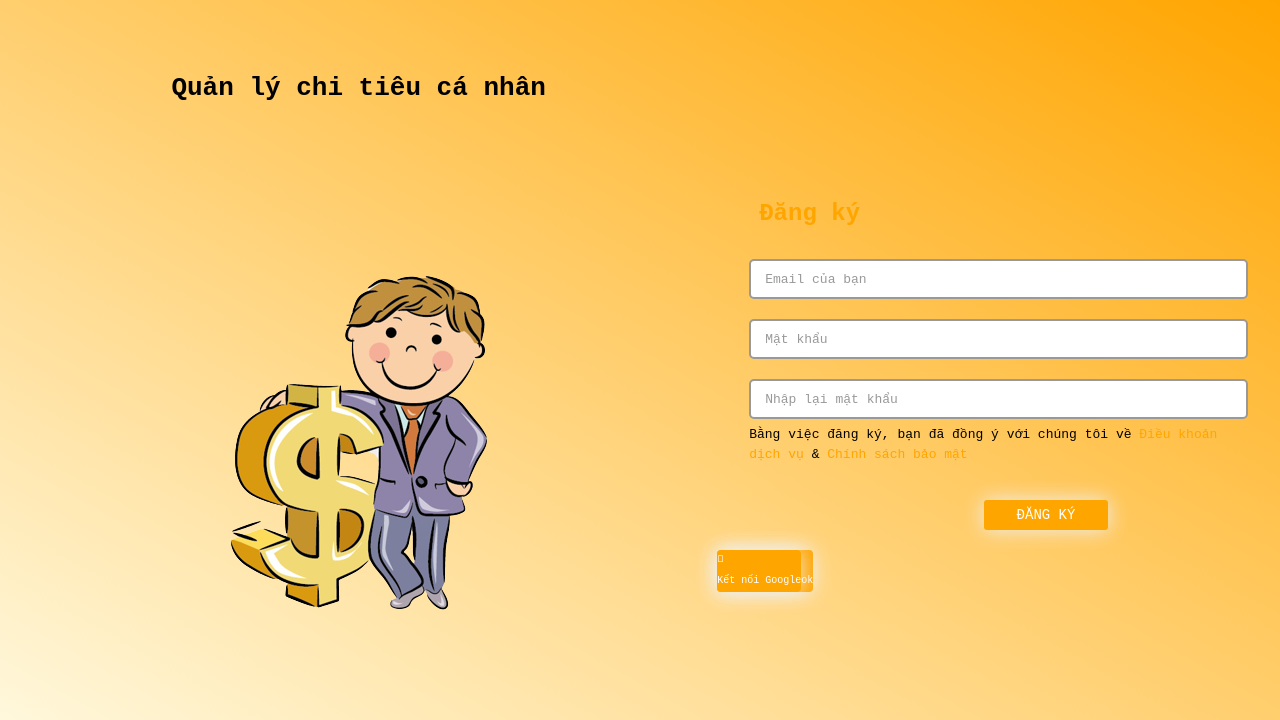
Repository: ximvhs/sochitieu
Page: login.html
An editor plug-in stored every save of this project. The page is shown before and after the next save, followed by the edit.
The browser window is 1280 px wide. The pictures show the whole page.
Some web fonts or font styles are not loaded; a fallback is used.

Above is the page before, as saved 2023-04-05 10:11:06.

### login.html
<!DOCTYPE html>
<html lang="en">
<head>
    <meta charset="UTF-8">
    <meta http-equiv="X-UA-Compatible" content="IE=edge">
    <meta name="viewport" content="width=device-width, initial-scale=1.0">
    <title>Đăng nhập</title>
    <link rel="stylesheet" href="./assets/css/login.css">
    <link rel="stylesheet" href="./assets/css/grid.css">
    <link rel="stylesheet" href="./assets/css/resets.css">
    <link rel="stylesheet" href="./assets/css/responsive.css">
    <link rel="stylesheet" href="./assets/css/base.css">
    <link rel="stylesheet" href="./themify-icons-font/themify-icons/themify-icons.css">
    <link rel="stylesheet" href="https://fonts.googleapis.com/css2?family=Material+Symbols+Outlined:opsz,wght,FILL,GRAD@20..48,100..700,0..1,-50..200" />
    <link rel="preconnect" href="https://fonts.googleapis.com">
    <link rel="preconnect" href="https://fonts.gstatic.com" crossorigin>
    <link href="https://fonts.googleapis.com/css2?family=Dongle:wght@700&display=swap" rel="stylesheet">
    <link rel="stylesheet" href="https://stackpath.bootstrapcdn.com/font-awesome/4.7.0/css/font-awesome.min.css"
    integrity="sha384-wvfXpqpZZVQGK6TAh5PVlGOfQNHSoD2xbE+QkPxCAFlNEevoEH3Sl0sibVcOQVnN" crossorigin="anonymous">
    <link rel="preconnect" href="https://fonts.gstatic.com">
    <link href="https://fonts.googleapis.com/css2?family=Open+Sans:ital,wght@0,400;0,600;0,700;0,800;1,400&display=swap"
    rel="stylesheet">
</head>
<body>
    <form action="">
        <div class="modal js-show_register">
                <div class="modal__body">
                    <div class="auth-form--left">
                        <H1>Quản lý chi tiêu cá nhân</H1>
                        <img src="./img/logo-login.png" alt="">
                    </div>
                    <div class="auth-form--right js-auth-form">
                        <div class="auth-form__container">
                            <div class="auth-form__header">
                                <h3 class="auth-form__heading">Đăng ký</h3>
                            </div>

                            <div class="auth-form__form">
                                <div class="auth-form__group">
                                    <input type="text" class="auth-form__input" required placeholder=" ">
                                    <div class="form-label">Email của bạn</div>
                                </div>
                                <div class="auth-form__group">
                                    <input type="password" class="auth-form__input" required placeholder=" ">
                                    <div class="form-label">Mật khẩu</div>
                                </div>
                                <div class="auth-form__group">
                                    <input type="password" class="auth-form__input" required placeholder=" ">
                                    <div class="form-label">Nhập lại mật khẩu</div>
                                </div>
                            </div>

                            <div class="auth-form__aside">
                                <p class="auth-form__policy-text">
                                    Bằng việc đăng ký, bạn đã đồng ý với chúng tôi về
                                    <a href="#" class="auth-form__text-link">Điều khoản dịch vụ</a> &
                                    <a href="#" class="auth-form__text-link">Chính sách bảo mật</a>
                                </p>
                            </div>
                            <div class="auth-form__controls">
                                <button class="btn btn--normal btn--primary">ĐĂNG KÝ</button>
                            </div>
                        </div>

                        <div class="auth-form__socials">
                            <a href="#" class="auth-form__socials--facebook btn btn--size-s btn--with-icon">
                                <i class="auth-form__socials-icon fab fa-facebook-square"></i>
                                <span class="auth-form__socials-text">Kết nối Facebook</span>
                            </a>
                            <a href="#" class="auth-form__socials--google btn btn--size-s btn--with-icon">
                                <i class="auth-form__socials-icon fab fa-google"></i>
                                <span class="auth-form__socials-text">Kết nối Google</span>
                            </a>
                        </div>
                    </div>
                </div>
        </div>
    </form>
</body>
</html>

### assets/css/login.css
.modal {
    background-image: linear-gradient(to top right, var(--primary-color), var(--secondary-color));
    height: 100vh;
}

.modal__body {
    height: 100vh;
    display: flex;
    justify-content: space-between;
    align-items: center;

}

.auth-form--left {
    height: 100vh;
    display: flex;
    justify-content: center;
    align-items: center;
    flex-wrap: wrap;
}



/* modal */
.itemhd button {
    height: 35px;
    width: 90px;
    margin-left: 10px;
    cursor: pointer;
    background-color: var(--secondary-color);
    border: none;
    border-radius: var(--border-box);
    padding: 5px;
    color: white;
    font-size: 14px;
    font-weight: 700;
}

.itemhd button:hover {
    opacity: 0.8;
}

.modal {
    position: fixed;
    z-index: 3;
    background-color: rgba(0, 0, 0, 0.5);
    top: 0;
    bottom: 0;
    right: 0;
    left: 0;
    /* display: none; */
    animation: fadeIn linear 0.1s;
    /* display: flex; */
}


.modal__body {
    position: relative;
    margin: auto;
}

.auth-form {
    width: 500px;
    background-color: white;
    border-radius: 5px;
    overflow: hidden;
    min-width: 20px;
    box-shadow: 0 0 12px rgb(0 0 0 / 70%);
    animation: Slide ease 0.5s;
}

.auth-form__container {
    padding: 0 32px;
}

.auth-form__header {
    display: flex;
    justify-content: space-between;
    align-items: center;
}

.auth-form__heading {
    font-size: 24px;
    padding: 10px;
    color: var(--secondary-color);
}

.auth-form__switch-btn {
    font-size: 16px;
    padding: 10px;
    color: var(--border-color);
}

.auth-form__switch-btn:hover {
    cursor: pointer;
    opacity: 0.7;
}

.auth-form__form input {
    width: 100%;
    height: 40px;
    padding: 12px;
    margin-bottom: 20px;
    border: solid 2px var(--border-color);
    outline: none;
    transition: all 0.5s ease;
    border-radius: 5px;
}

.auth-form__form input:focus {
    border: solid 2px var(--secondary-color);
}

.auth-form__group {
    position: relative;
}


.auth-form__group .form-label {
    position: absolute;
    font-size: 13px;
    color: var(--border-color);
    top: 35%;
    left: 16px;
    transform: translate(0,-50%);
    pointer-events: none;
    transition: all 0.3s ease;
    z-index: 1;
}

.auth-form__group .auth-form__input:not(:placeholder-shown) +.form-label,
.auth-form__group .auth-form__input:focus +.form-label {
    position: absolute;
    top: 0;
    left: 8px;
    display: inline-block;
    padding: 2px 10px;
    color: var(--secondary-color);
    font-size: 12px;
    z-index: 2;
    background-color: white;
}

.auth-form__text-link {
    text-decoration: none;
    color: var(--secondary-color);
}

.auth-form__text-link:hover {
    opacity: 0.7;
}


.auth-form__controls {
    display: flex;
    justify-content: right;
    height: 50px;
    width: 100%;
}

.auth-form__aside {
    float: right;
    margin: 0 0 14px 0;
}

.auth-form__aside a:hover {
    color: var(--secondary-color);
    cursor: pointer;
}

.auth-form__policy-text {
    margin: -14px 0 20px 0;
    transition: all 0.3s ease;
}

.auth-form__controls .btn {
    min-width: 124px;
    /* background-color: var(--white-color); */
    height: 30px;
    font-size: 14px;
    padding: 0 12px;
    border: none;
    border-radius: 3px;
    text-decoration: none;
    display: inline-flex;
    justify-content: center;
    align-items: center;
    cursor: pointer;
}

.auth-form__controls .btn:first-child {
    margin-right: 140px;
}

.auth-form__controls--back {
    border: solid 2px var(--secondary-color) !important;
    background-color: white;
    color: var(--secondary-color);
}

### assets/css/grid.css
.grid {
    width: 100%;
    display: block;
    padding: 0;
}

.grid.wide {
    max-width: 1200px;
    margin: 0 auto;
}

.row {
    display: flex;
    flex-wrap: wrap;
    margin-left: -4px;
    margin-right: -4px;
}

.row.no-gutters {
    margin-left: 0;
    margin-right: 0;
}

.col {
    padding-left: 4px;
    padding-right: 4px;
}

.row.no-gutters .col {
    padding-left: 0;
    padding-right: 0;
}

.c-0 {
    display: none;
}

.c-1 {
    flex: 0 0 8.33333%;
    max-width: 8.33333%;
}

.c-2 {
    flex: 0 0 16.66667%;
    max-width: 16.66667%;
}

.c-3 {
    flex: 0 0 25%;
    max-width: 25%;
}

.c-4 {
    flex: 0 0 33.33333%;
    max-width: 33.33333%;
}

.c-5 {
    flex: 0 0 41.66667%;
    max-width: 41.66667%;
}

.c-6 {
    flex: 0 0 50%;
    max-width: 50%;
}

.c-7 {
    flex: 0 0 58.33333%;
    max-width: 58.33333%;
}

.c-8 {
    flex: 0 0 66.66667%;
    max-width: 66.66667%;
}

.c-9 {
    flex: 0 0 75%;
    max-width: 75%;
}

.c-10 {
    flex: 0 0 83.33333%;
    max-width: 83.33333%;
}

.c-11 {
    flex: 0 0 91.66667%;
    max-width: 91.66667%;
}

.c-12 {
    flex: 0 0 100%;
    max-width: 100%;
}

.c-o-1 {
    margin-left: 8.33333%;
}

.c-o-2 {
    margin-left: 16.66667%;
}

.c-o-3 {
    margin-left: 25%;
}

.c-o-4 {
    margin-left: 33.33333%;
}

.c-o-5 {
    margin-left: 41.66667%;
}

.c-o-6 {
    margin-left: 50%;
}

.c-o-7 {
    margin-left: 58.33333%;
}

.c-o-8 {
    margin-left: 66.66667%;
}

.c-o-9 {
    margin-left: 75%;
}

.c-o-10 {
    margin-left: 83.33333%;
}

.c-o-11 {
    margin-left: 91.66667%;
}

/* >= Tablet */
@media (min-width: 740px) {
    .row {
        margin-left: -8px;
        margin-right: -8px;
    }

    .col {
        padding-left: 8px;
        padding-right: 8px;
    }

    .m-0 {
        display: none;
    }

    .m-1,
    .m-2,
    .m-3,
    .m-4,
    .m-5,
    .m-6,
    .m-7,
    .m-8,
    .m-9,
    .m-10,
    .m-11,
    .m-12 {
        display: block;
    }

    .m-1 {
        flex: 0 0 8.33333%;
        max-width: 8.33333%;
    }

    .m-2 {
        flex: 0 0 16.66667%;
        max-width: 16.66667%;
    }

    .m-3 {
        flex: 0 0 25%;
        max-width: 25%;
    }

    .m-4 {
        flex: 0 0 33.33333%;
        max-width: 33.33333%;
    }

    .m-5 {
        flex: 0 0 41.66667%;
        max-width: 41.66667%;
    }

    .m-6 {
        flex: 0 0 50%;
        max-width: 50%;
    }

    .m-7 {
        flex: 0 0 58.33333%;
        max-width: 58.33333%;
    }

    .m-8 {
        flex: 0 0 66.66667%;
        max-width: 66.66667%;
    }

    .m-9 {
        flex: 0 0 75%;
        max-width: 75%;
    }

    .m-10 {
        flex: 0 0 83.33333%;
        max-width: 83.33333%;
    }

    .m-11 {
        flex: 0 0 91.66667%;
        max-width: 91.66667%;
    }

    .m-12 {
        flex: 0 0 100%;
        max-width: 100%;
    }

    .m-o-1 {
        margin-left: 8.33333%;
    }

    .m-o-2 {
        margin-left: 16.66667%;
    }

    .m-o-3 {
        margin-left: 25%;
    }

    .m-o-4 {
        margin-left: 33.33333%;
    }

    .m-o-5 {
        margin-left: 41.66667%;
    }

    .m-o-6 {
        margin-left: 50%;
    }

    .m-o-7 {
        margin-left: 58.33333%;
    }

    .m-o-8 {
        margin-left: 66.66667%;
    }

    .m-o-9 {
        margin-left: 75%;
    }

    .m-o-10 {
        margin-left: 83.33333%;
    }

    .m-o-11 {
        margin-left: 91.66667%;
    }
}

/* PC medium resolution > */
@media (min-width: 1113px) {
    .row {
        margin-left: -12px;
        margin-right: -12px;
    }

    .row.sm-gutter {
        margin-left: -5px;
        margin-right: -5px;
    }

    .col {
        padding-left: 12px;
        padding-right: 12px;
    }

    .row.sm-gutter .col {
        padding-left: 5px;
        padding-right: 5px;
    }

    .l-0 {
        display: none;
    }

    .l-1,
    .l-2,
    .l-2-4,
    .l-3,
    .l-4,
    .l-5,
    .l-6,
    .l-7,
    .l-8,
    .l-9,
    .l-10,
    .l-11,
    .l-12 {
        display: block;
    }

    .l-1 {
        flex: 0 0 8.33333%;
        max-width: 8.33333%;
    }

    .l-2 {
        flex: 0 0 16.66667%;
        max-width: 16.66667%;
    }

    .l-2-4 {
        flex: 0 0 20%;
        max-width: 20%;
    }

    .l-3 {
        flex: 0 0 25%;
        max-width: 25%;
    }

    .l-4 {
        flex: 0 0 33.33333%;
        max-width: 33.33333%;
    }

    .l-5 {
        flex: 0 0 41.66667%;
        max-width: 41.66667%;
    }

    .l-6 {
        flex: 0 0 50%;
        max-width: 50%;
    }

    .l-7 {
        flex: 0 0 58.33333%;
        max-width: 58.33333%;
    }

    .l-8 {
        flex: 0 0 66.66667%;
        max-width: 66.66667%;
    }

    .l-9 {
        flex: 0 0 75%;
        max-width: 75%;
    }

    .l-10 {
        flex: 0 0 83.33333%;
        max-width: 83.33333%;
    }

    .l-11 {
        flex: 0 0 91.66667%;
        max-width: 91.66667%;
    }

    .l-12 {
        flex: 0 0 100%;
        max-width: 100%;
    }

    .l-o-1 {
        margin-left: 8.33333%;
    }

    .l-o-2 {
        margin-left: 16.66667%;
    }

    .l-o-3 {
        margin-left: 25%;
    }

    .l-o-4 {
        margin-left: 33.33333%;
    }

    .l-o-5 {
        margin-left: 41.66667%;
    }

    .l-o-6 {
        margin-left: 50%;
    }

    .l-o-7 {
        margin-left: 58.33333%;
    }

    .l-o-8 {
        margin-left: 66.66667%;
    }

    .l-o-9 {
        margin-left: 75%;
    }

    .l-o-10 {
        margin-left: 83.33333%;
    }

    .l-o-11 {
        margin-left: 91.66667%;
    }
}

/* Tablet - PC low resolution */
@media (min-width: 740px) and (max-width: 1023px) {
    .wide {
        width: 644px;
    }
}

/* > PC low resolution */
@media (min-width: 1024px) and (max-width: 1239px) {
    .wide {
        width: 984px;
    }

    .wide .row {
        margin-left: -12px;
        margin-right: -12px;
    }

    .wide .row.sm-gutter {
        margin-left: -5px;
        margin-right: -5px;
    }

    .wide .col {
        padding-left: 12px;
        padding-right: 12px;
    }

    .wide .row.sm-gutter .col {
        padding-left: 5px;
        padding-right: 5px;
    }

    .wide .l-0 {
        display: none;
    }

    .wide .l-1,
    .wide .l-2,
    .wide .l-2-4,
    .wide .l-3,
    .wide .l-4,
    .wide .l-5,
    .wide .l-6,
    .wide .l-7,
    .wide .l-8,
    .wide .l-9,
    .wide .l-10,
    .wide .l-11,
    .wide .l-12 {
        display: block;
    }

    .wide .l-1 {
        flex: 0 0 8.33333%;
        max-width: 8.33333%;
    }

    .wide .l-2 {
        flex: 0 0 16.66667%;
        max-width: 16.66667%;
    }

    .wide .l-2-4 {
        flex: 0 0 20%;
        max-width: 20%;
    }

    .wide .l-3 {
        flex: 0 0 25%;
        max-width: 25%;
    }

    .wide .l-4 {
        flex: 0 0 33.33333%;
        max-width: 33.33333%;
    }

    .wide .l-5 {
        flex: 0 0 41.66667%;
        max-width: 41.66667%;
    }

    .wide .l-6 {
        flex: 0 0 50%;
        max-width: 50%;
    }

    .wide .l-7 {
        flex: 0 0 58.33333%;
        max-width: 58.33333%;
    }

    .wide .l-8 {
        flex: 0 0 66.66667%;
        max-width: 66.66667%;
    }

    .wide .l-9 {
        flex: 0 0 75%;
        max-width: 75%;
    }

    .wide .l-10 {
        flex: 0 0 83.33333%;
        max-width: 83.33333%;
    }

    .wide .l-11 {
        flex: 0 0 91.66667%;
        max-width: 91.66667%;
    }

    .wide .l-12 {
        flex: 0 0 100%;
        max-width: 100%;
    }

    .wide .l-o-1 {
        margin-left: 8.33333%;
    }

    .wide .l-o-2 {
        margin-left: 16.66667%;
    }

    .wide .l-o-3 {
        margin-left: 25%;
    }

    .wide .l-o-4 {
        margin-left: 33.33333%;
    }

    .wide .l-o-5 {
        margin-left: 41.66667%;
    }

    .wide .l-o-6 {
        margin-left: 50%;
    }

    .wide .l-o-7 {
        margin-left: 58.33333%;
    }

    .wide .l-o-8 {
        margin-left: 66.66667%;
    }

    .wide .l-o-9 {
        margin-left: 75%;
    }

    .wide .l-o-10 {
        margin-left: 83.33333%;
    }

    .wide .l-o-11 {
        margin-left: 91.66667%;
    }
}

### assets/css/base.css
:root {
    --primary-color:cornsilk;
    --secondary-color:orange;
    --opacity-color:#f0f0f0;
    --white-color: white;
    --border-color:#999;


    --border-box: 5px;
    --size-text: 16px;
    --size-title: 20px;
}

*{
    font-family: monospace;
    box-sizing: inherit;
    box-sizing: border-box;


}

html {
    line-height: 1.6rem;
    box-sizing: border-box;
    scroll-behavior: smooth;
}

body {
    margin: 0;
}

a {
    color: var(--text-color);
    text-decoration: none;
}

ul {
    padding-left: 0;
}

i {
    display: block;
}

li {
    list-style: none;
}

.btn {
    position: absolute;
    display: inline-block;
    background-color: var(--secondary-color);
    background-size: 200% auto;
    color: var(--white-color);
    box-shadow: 0 0 20px var(--opacity-color);
    font-size: 10px;
    border: none;
    outline: none;
    cursor: pointer;
    border-radius: 4px;
    transition: all 0.2s ease-in;
}


.btn:hover {
    background-position: right center;
    opacity: 0.8;
    text-decoration: none;
}


/* animation */
@keyframes Slide {
    from {
        opacity: 0;
        transform: translateY(-150px);
    }
    to {
        opacity: 1;
        transform: translateY(0);
    }
}

Loaded but not shown: assets/css/resets.css (no stored copy; drawn as an empty file); assets/css/responsive.css (no stored copy; drawn as an empty file)

After the next save:
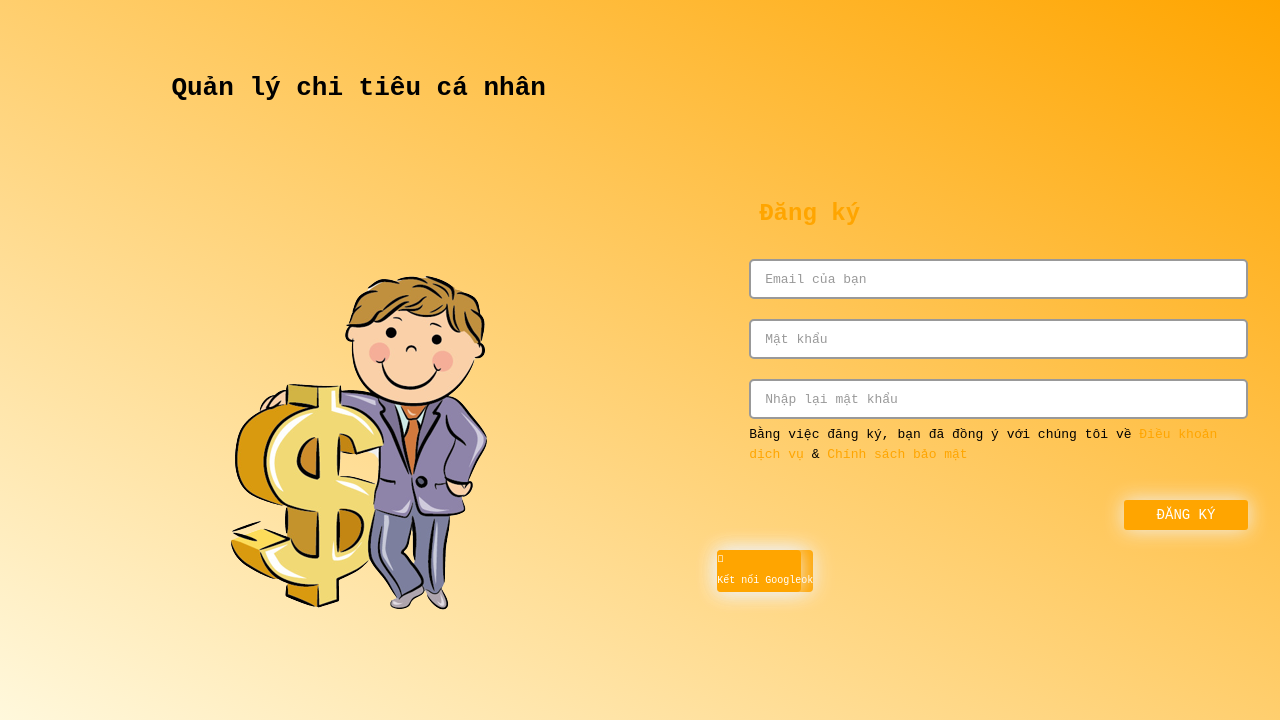
Saved 15 s later.
--- a/assets/css/login.css
+++ b/assets/css/login.css
@@ -188,9 +188,9 @@
     cursor: pointer;
 }
 
-.auth-form__controls .btn:first-child {
+/* .auth-form__controls .btn:first-child {
     margin-right: 140px;
-}
+} */
 
 .auth-form__controls--back {
     border: solid 2px var(--secondary-color) !important;
